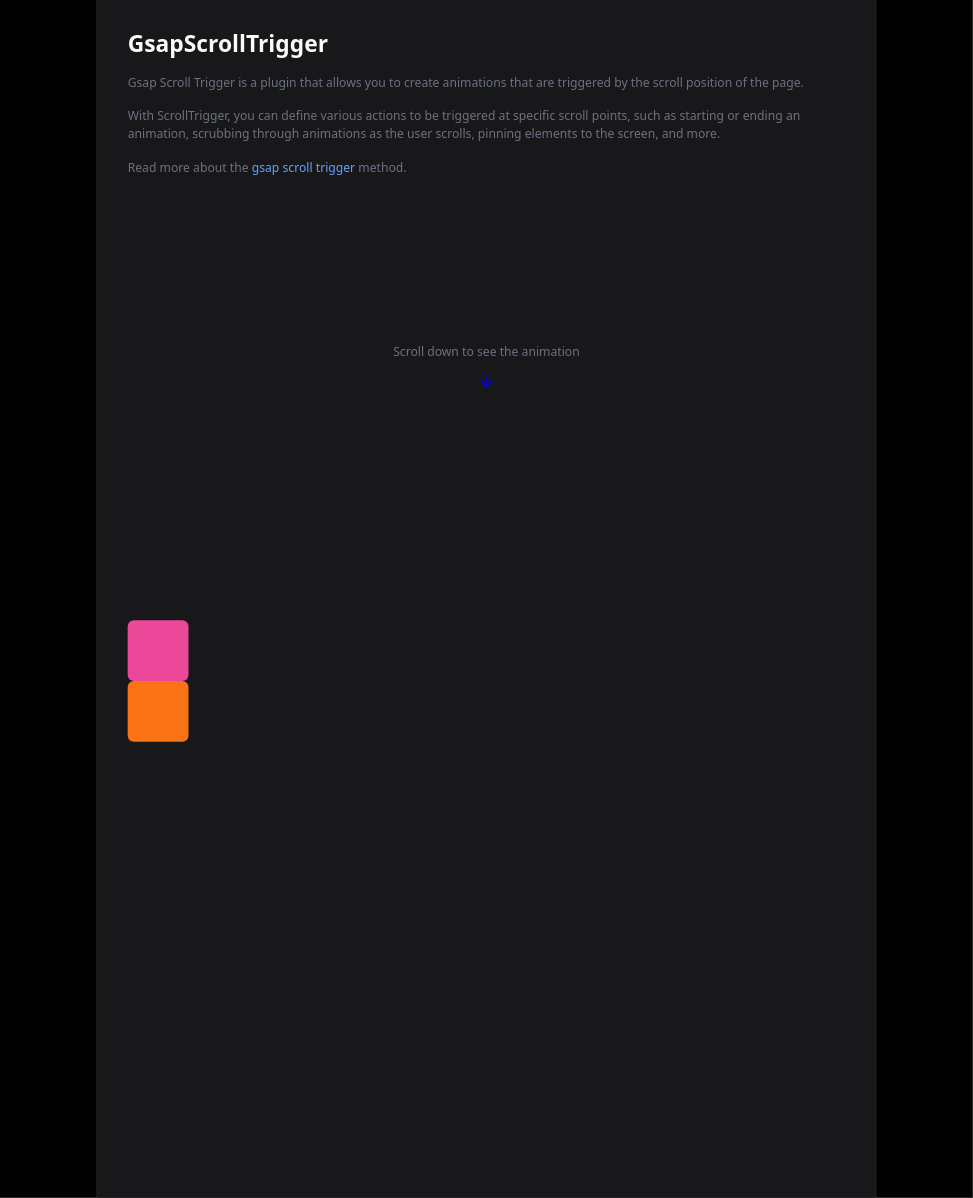
Repository: mgoyeghiaian/gsap-Starter
Page: /gsapscrolltrigger
An editor plug-in stored every save of this project. The page is shown before and after a run of saves, followed by the edit.
The browser window is 1280 px wide. The pictures show the whole page, at 76% of full size.
The project was rebuilt for these pictures with package versions that can differ from the ones it lists, and the page was loaded fresh each time. Also part of the build but not shown: vite.config.js, src/pages/Home.jsx, src/pages/GsapTo.jsx, src/pages/GsapFrom.jsx, src/pages/GsapFromTo.jsx, src/pages/GsapStagger.jsx, src/pages/GsapTimeline.jsx, src/pages/GsapText.jsx.

Above is the page before, as saved 2024-03-18 00:02:54.

### src/pages/GsapScrollTrigger.jsx
import { useGSAP } from "@gsap/react";
import gsap from "gsap";
import { ScrollTrigger } from 'gsap/all';
import { useRef } from "react";
const GsapScrollTrigger = () => {
  gsap.registerPlugin(ScrollTrigger)

  const GsapScrollTrigger = () => {
    const scrollRef = useRef
  }
  // TODO: Implement the gsap scroll trigger

  useGSAP(() => {

  }, [])
  return (
    <main >
      <h1>GsapScrollTrigger</h1>

      <p className="mt-5 text-gray-500">
        Gsap Scroll Trigger is a plugin that allows you to create animations
        that are triggered by the scroll position of the page.
      </p>

      <p className="mt-5 text-gray-500">
        With ScrollTrigger, you can define various actions to be triggered at
        specific scroll points, such as starting or ending an animation,
        scrubbing through animations as the user scrolls, pinning elements to
        the screen, and more.{" "}
      </p>

      <p className="mt-5 text-gray-500">
        Read more about the{" "}
        <a
          href="https://gsap.com/docs/v3/Plugins/ScrollTrigger/"
          target="_blank"
          rel="noreferrer noopener nofollow"
        >
          gsap scroll trigger
        </a>{" "}
        method.
      </p>

      <div className="w-full h-[70vh] flex justify-center items-center flex-col">
        <p className="text-center text-gray-500">
          Scroll down to see the animation
        </p>

        <svg
          className="animate-bounce mt-5"
          xmlns="http://www.w3.org/2000/svg"
          width="24"
          height="24"
          viewBox="0 0 24 24"
          fill="none"
          stroke="blue"
          strokeWidth="2"
          strokeLinecap="round"
          strokeLinejoin="round"
        >
          <path d="M12 19V5" />
          <path d="M5 12l7 7 7-7" />
        </svg>
      </div>

      <div className="mt-20 w-full h-screen">
        <div
          id="scroll-pink"
          className="scroll-box w-20 h-20 rounded-lg bg-pink-500"
        />
        <div
          id="scroll-orange"
          className="scroll-box w-20 h-20 rounded-lg bg-orange-500"
        />
      </div>
    </main >
  );
};

export default GsapScrollTrigger;

Loaded but not shown: index.html (common file); src/main.jsx (common file); src/App.jsx (common file); src/index.css (common file); src/pages/index.jsx (common file); tailwind.config.js (common file)

After the next 4 saves:
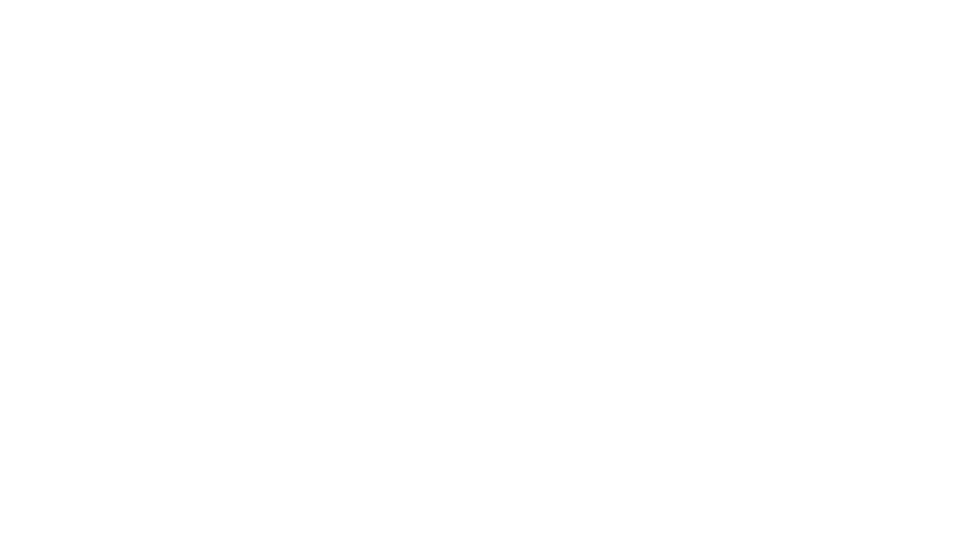
Console error: ReferenceError: scrollRef is not defined
The 4 saves are shown as one change because they came seconds apart.
The last was saved 14 s later.
--- a/src/pages/GsapScrollTrigger.jsx
+++ b/src/pages/GsapScrollTrigger.jsx
@@ -63,7 +63,7 @@
         </svg>
       </div>
 
-      <div className="mt-20 w-full h-screen">
+      <div className="mt-20 w-full h-screen" ref={scrollRef}>
         <div
           id="scroll-pink"
           className="scroll-box w-20 h-20 rounded-lg bg-pink-500"

After the 5 saves that followed:
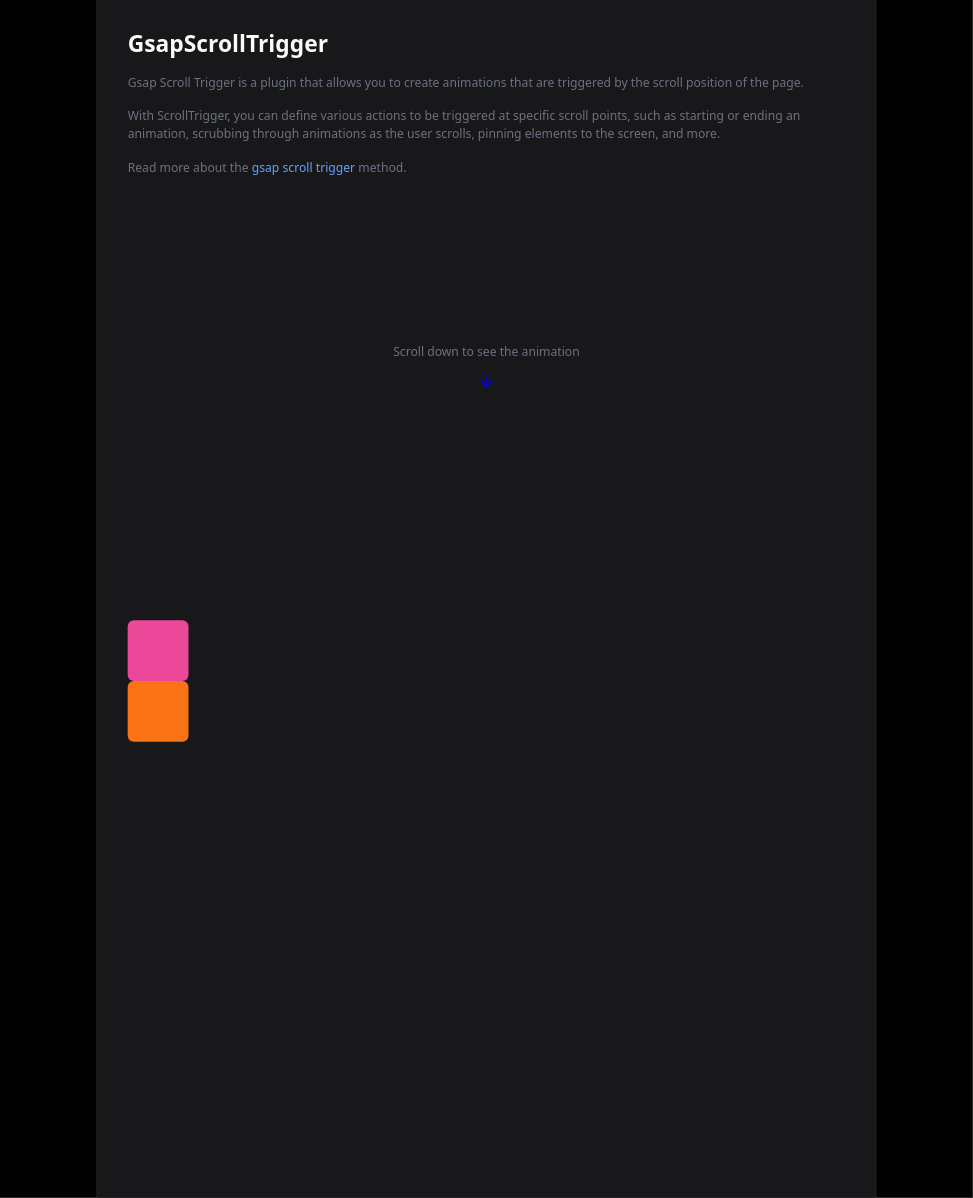
The error is gone.
The 5 saves are shown as one change because 2 left the picture as it was and some came seconds apart.
The last was saved 59 s later.
--- a/src/pages/GsapScrollTrigger.jsx
+++ b/src/pages/GsapScrollTrigger.jsx
@@ -5,9 +5,8 @@
 const GsapScrollTrigger = () => {
   gsap.registerPlugin(ScrollTrigger)
 
-  const GsapScrollTrigger = () => {
-    const scrollRef = useRef
-  }
+    const scrollRef = useRef()
+
   // TODO: Implement the gsap scroll trigger
 
   useGSAP(() => {
